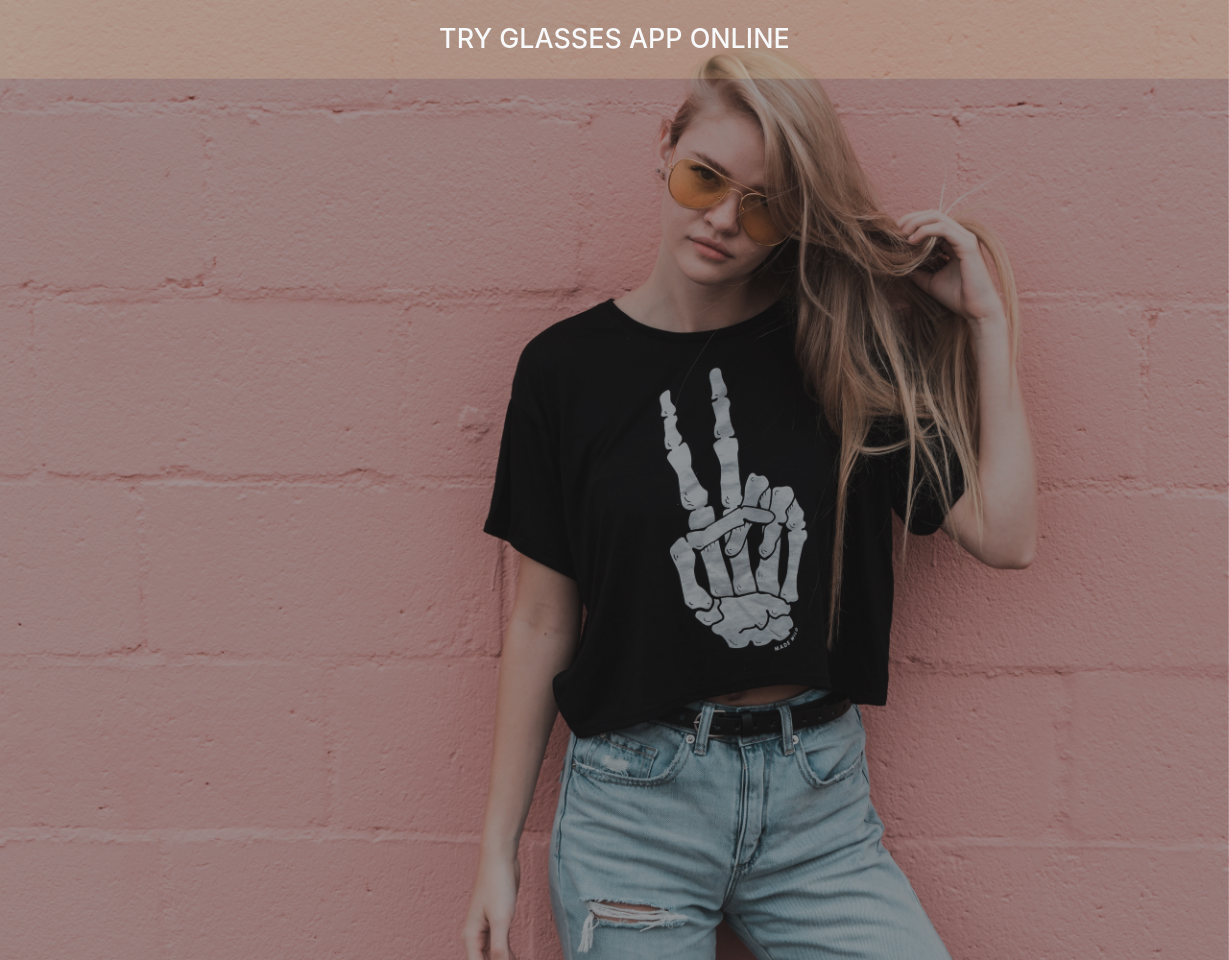
Repository: LeHieuSP/Baitapthukinh_LTH_FE70
Page: /
These files come from the project's save history. The page is drawn as it stood at one moment and after the next save; the edit follows.
The browser window is 1280 px wide. The pictures show the whole page, at 96% of full size.
The project was rebuilt for these pictures with package versions that can differ from the ones it lists, and the page was loaded fresh each time. Also part of the build but not shown: src/index.css, src/App.css, src/redux/actions/BaiTapDatVeAction.js, src/BaiTapRedux/BaiTapBookingTicket/ThongTinDatGhe.js, src/BaiTapRedux/BaiTapBookingTicket/HangGhe.js, src/BaiTapRedux/BaiTapBookingTicket/BaiTapBookingTicket.js.

Above is the page before, as saved 2022-03-09 16:38:09.

After the next save:
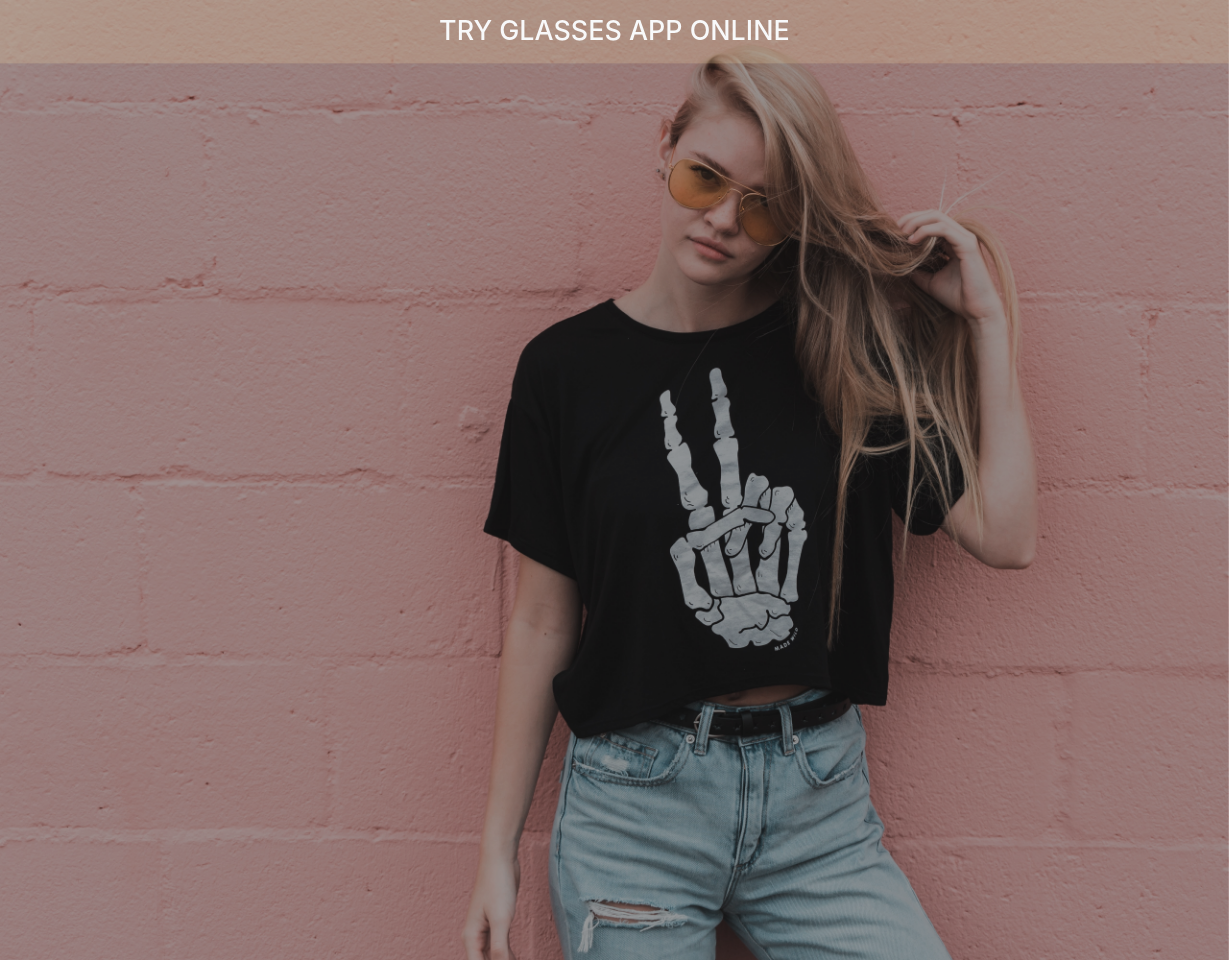
Saved 10 s later.
--- a/src/BaiTapThuKinh/BaiTapThuKinh.js
+++ b/src/BaiTapThuKinh/BaiTapThuKinh.js
@@ -6,7 +6,7 @@
       <div style={{backgroundImage:'url(./glassesImage/bg.jpg)',
       backgroundRepeat:'no-repeat',backgroundSize:'1500px',height:'1000px'}}>
           <div style={{backgroundColor:'rgba(0,0,0,.3)',height:'1000px'}}>
-              <h3 style={{backgroundColor:'rgba(252	,224,166,.2)',}} className="text-center text-light p-4">TRY GLASSES APP ONLINE</h3>
+              <h3 style={{backgroundColor:'rgba(252	,224,166,.2)',}} className="text-center text-light p-3">TRY GLASSES APP ONLINE</h3>
 
             </div>
       </div>
